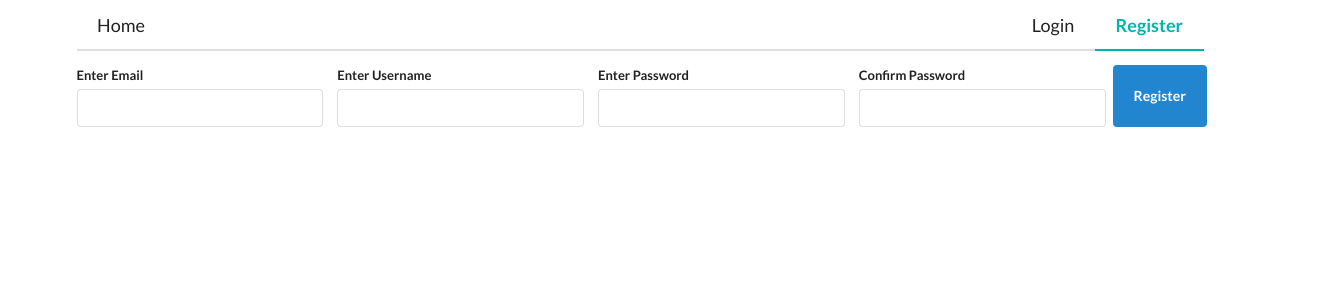
Repository: m-ahmadshaikh/SociaSpark
Page: /register (app in client/)
These files come from the project's save history. The page is drawn as it stood at one moment and after the next save; the edit follows.
The browser window is 1280 px wide. The page is 1280 px wide, then 1327 px, so the pictures cover 1327 px, including what lies to the right of the window. The pictures show the whole page.
The project was rebuilt for these pictures with package versions that can differ from the ones it lists, and the page was loaded fresh each time. Also part of the build but not shown: client/vite.config.js, client/src/components/PostCard.jsx, client/src/pages/Home.jsx, client/src/pages/Login.jsx.

Above is the page before, as saved 2022-10-23 15:16:33.

### client/index.html
<!DOCTYPE html>
<html lang="en">
  <head>
    <meta charset="UTF-8" />
    <link rel="icon" type="image/svg+xml" href="/vite.svg" />
    <meta name="viewport" content="width=device-width, initial-scale=1.0" />
    <title>Hi World!</title>
  </head>
  <body>
    <div id="root"></div>
    <script type="module" src="/src/main.js"></script>
  </body>
</html>

### client/src/main.js
import ReactDOM from 'react-dom/client';
import ApolloProvider from './ApolloProvider';

import 'semantic-ui-css/semantic.min.css';

ReactDOM.createRoot(document.getElementById('root')).render(ApolloProvider);

### client/src/ApolloProvider.jsx
import { ApolloClient, ApolloProvider, InMemoryCache } from '@apollo/client';
import App from './App';

const client = new ApolloClient({
  uri: 'http://localhost:4000/',
  cache: new InMemoryCache(),
});

export default (
  <ApolloProvider client={client}>
    <App />
  </ApolloProvider>
);

### client/src/App.jsx
import './App.css';
import { BrowserRouter as Router, Route, Routes } from 'react-router-dom';
import Home from './pages/Home';
import Login from './pages/Login';
import Register from './pages/Register';
import { Container } from 'semantic-ui-react';
import Layout from './layouts/Layout';
function App() {
  return (
    <Router>
      <Routes>
        <Route element={<Layout />}>
          <Route path="/" element={<Home />} />
          <Route path="/login" element={<Login />} />
          <Route path="/register" element={<Register />} />
        </Route>
      </Routes>
    </Router>
  );
}

export default App;

### client/src/App.css
.page-title {
  display: block !important;
  text-align: center;
}

.form-container {}

### client/src/pages/Register.jsx
import { gql, useMutation } from '@apollo/client';
import React, { useState } from 'react';
import { Button, Form } from 'semantic-ui-react';

const REGISTER_USER = gql`
  mutation RegisterUser($input: RegisterInput) {
    register(input: $input) {
      id
      email
      username
      createdAt
      token
    }
  }
`;
export default function Register() {
  const [register, { data, loading, error }] = useMutation(REGISTER_USER, {
    update(proxy, result) {
      console.log(result);
    },
  });
  const [values, setValues] = useState({
    email: '',
    password: '',
    confirmPassword: '',
    username: '',
  });

  const changeHandler = (e) => {
    const { name, value } = e.target;
    setValues((prev) => ({ ...prev, [name]: value }));
  };
  const submitHandler = (e) => {
    e.preventDefault();
    register({ variables: { input: values } });
  };
  if (loading) return 'Submitting...';
  if (error) return `Submission error! ${error.message}`;

  return (
    <div className="form-container">
      <Form onSubmit={submitHandler}>
        <Form.Group widths="equal">
          <Form.Input
            label="Enter Email"
            type="email"
            name="email"
            onChange={changeHandler}
            value={values.email}
          />
          <Form.Input
            onChange={changeHandler}
            name="username"
            label="Enter Username"
            value={values.username}
          />
          <Form.Input
            onChange={changeHandler}
            label="Enter Password"
            name="password"
            type="password"
            value={values.password}
          />
          <Form.Input
            label="Confirm Password"
            type="password"
            name="confirmPassword"
            onChange={changeHandler}
            value={values.confirmPassword}
          />
          <Button primary type="submit">
            Register
          </Button>
        </Form.Group>
      </Form>
    </div>
  );
}

### client/src/layouts/Layout.jsx
import React from 'react';
import { Outlet } from 'react-router-dom';
import { Container } from 'semantic-ui-react';
import MenuBar from '../components/MenuBar';

export default function Layout() {
  return (
    <div>
      <Container>
        <MenuBar />
        <Outlet />
      </Container>
    </div>
  );
}

### client/src/components/MenuBar.jsx
import React, { Component, useState } from 'react';
import { NavLink } from 'react-router-dom';
import { Menu, Segment } from 'semantic-ui-react';

export default function MenuBar() {
  const [activeItem, setActiveItem] = useState();

  const handleItemClick = (e, { name }) => setActiveItem(name);

  return (
    <Menu pointing secondary size="massive" color="teal">
      <Menu.Item
        name="home"
        active={activeItem === 'home'}
        onClick={handleItemClick}
        to="/"
        end
        as={NavLink}
      />

      <Menu.Menu position="right">
        <Menu.Item
          name="login"
          active={activeItem === 'login'}
          onClick={handleItemClick}
          to="/login"
          as={NavLink}
        />
        <Menu.Item
          name="register"
          active={activeItem === 'register'}
          onClick={handleItemClick}
          to="/register"
          as={NavLink}
        />
      </Menu.Menu>
    </Menu>
  );
}

After the next save:
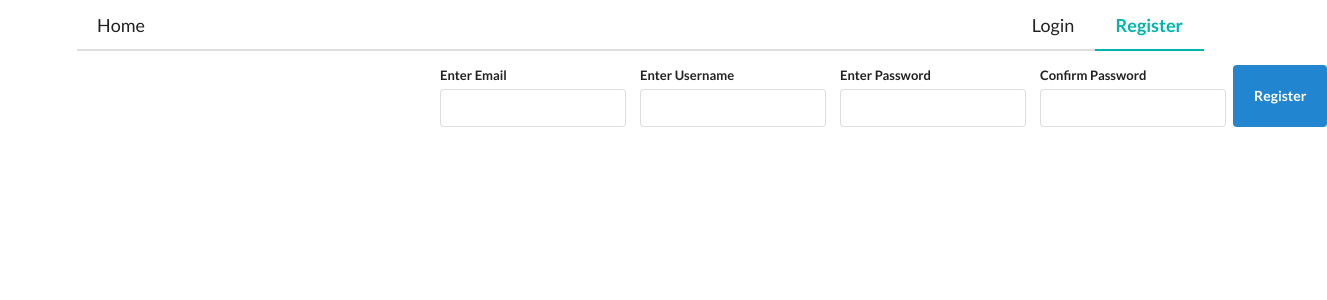
Saved 10 s later.
--- a/client/src/App.css
+++ b/client/src/App.css
@@ -3,4 +3,7 @@
   text-align: center;
 }
 
-.form-container {}
+.form-container {
+  width: 400px;
+  margin: auto;
+}
